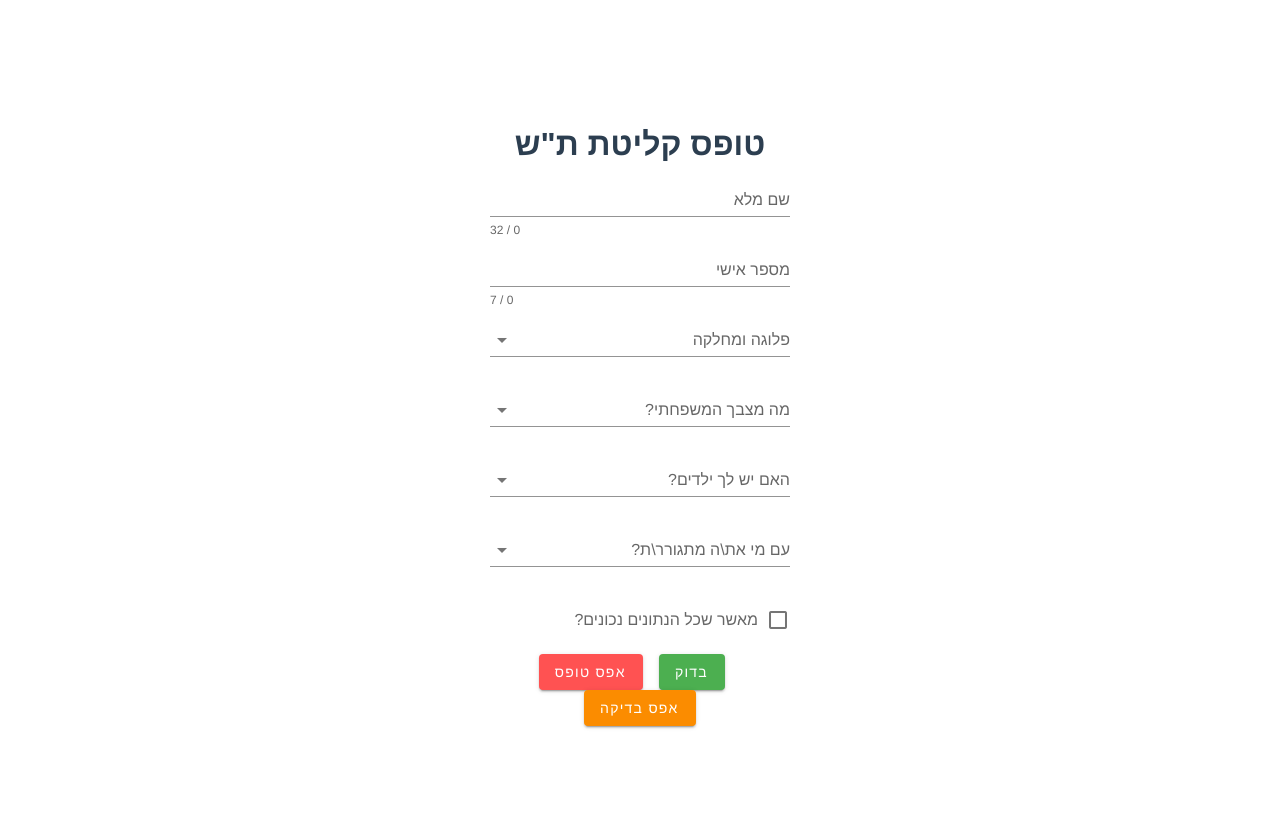
Repository: Natanhel/klitat-tash
Page: /
These files come from the project's save history. The page is drawn as it stood at one moment and after the next save; the edit follows.
The browser window is 1280 px wide. The pictures show the whole page.
The page's requests for data from a server got no answer. The project was rebuilt for these pictures with package versions that can differ from the ones it lists, and the page was loaded fresh each time. No one was signed in, and anything a server would have sent is missing. Also part of the build but not shown: vue.config.js.

Above is the page before, as saved 2020-12-01 17:10:08.

### src/App.vue
<template>
  <div id="app">
    <v-app>

      <h1>טופס קליטת ת"ש</h1>

      <v-form
        ref="form"
        v-model="valid"
        lazy-validation
      >
        <v-text-field
          v-model="name"
          :counter="32"
          :rules="nameRules"
          label="שם מלא"
          required
        ></v-text-field>

        <v-text-field
          v-model="pernr"
          :counter="7"
          :rules="pernrRules"
          label="מספר אישי"
          required
        ></v-text-field>

        <v-select
          v-model="select"
          :items="items"
          :rules="[v => !!v || 'נדרש להזין פלוגה ומחלקה']"
          label="פלוגה ומחלקה"
          required
        ></v-select>

        <v-select
          v-model="select"
          :items="familyItems"
          :rules="[v => !!v || 'נדרש להזין מצב משפחתי']"
          label="מה מצבך המשפחתי?"
          required
        ></v-select>

        <v-select
          v-model="select"
          :items="haveKidsItems"
          :rules="[v => !!v || 'נדרש להזין']"
          label="האם יש לך ילדים?"
          required
        ></v-select>

        <v-select
          v-model="select"
          :items="livingWithItems"
          :rules="[v => !!v || 'נדרש להזין']"
          label="עם מי את\ה מתגורר\ת?"
          required
        ></v-select>

        <v-checkbox
          v-model="checkbox"
          :rules="[v => !!v || 'עליך לאשר על מנת להמשיך!']"
          label="מאשר שכל הנתונים נכונים?"
          required
        ></v-checkbox>

        <v-btn
          :disabled="!valid"
          color="success"
          class="mr-4"
          @click="validate"
        >
          בדוק
        </v-btn>

        <v-btn
          color="error"
          class="mr-4"
          @click="reset"
        >
          אפס טופס
        </v-btn>

        <v-btn
          color="warning"
          @click="resetValidation"
        >
          אפס בדיקה
        </v-btn>
      </v-form>
    </v-app>
  </div>
</template>

<script>
import axios from 'axios';

export default {
  name: 'App',
  mounted(){
    // login
    const data = JSON.stringify({"password":"passward","email":"natanhelp@gmail.com"});

    const config = {
      method: 'post',
      url: 'https://nat-task-manager.herokuapp.com/users/login',
      headers: {
        'Content-Type': 'application/json'
      },
      data : data
    };

    axios(config)
      .then((response) => {
        console.log(JSON.stringify(response.data));
      })
      .catch((error) => {
        console.log(error);
      })
  },

  data: () => ({
    valid: true,
    name: '',
    nameRules: [
      v => !!v || 'נדרש להזין שם',
      v => !(v && v.length <= 4) || 'על השם להיות ארוך מ-4 תווים',
    ],
    pernr: '',
    pernrRules: [
      v => !!v || 'נדרש להזין מספר אישי',
      v => !(v.length !== 7) || 'על המספר להיות בדיוק 7 תווים'
    ],
    select: null,
    items: [
      'ו1',
      'ו2',
      'ו3',
      'ו4',
      'ו5',
    ],
    familyItems: [
      'רווק\\ה',
      'נשוי\\ה',
      'גרוש\\ה'
    ],
    haveKidsItems: [
      'כן', 'לא'
    ],
    livingWithItems: [
      'מתוגרר\\ת עם ההורים (אחד מהם לפחות)',
      'איני מתגורר\\ת עם ההורים'
    ],
    checkbox: false,
  }),
  methods: {
    validate () {
      this.$refs.form.validate()
    },
    reset () {
      this.$refs.form.reset()
    },
    resetValidation () {
      this.$refs.form.resetValidation()
    },
  },
}
</script>

<style>
#app {
  font-family: Avenir, Helvetica, Arial, sans-serif;
  -webkit-font-smoothing: antialiased;
  -moz-osx-font-smoothing: grayscale;
  text-align: center;
  color: #2c3e50;
  margin-top: 60px;
}

form
{
  width: 300px;
}

#app
{
  display: flex;
  align-items: center;
  justify-content: center;
}
</style>

### src/plugins/vuetify.js
import Vue from 'vue';
import Vuetify from 'vuetify/lib';

Vue.use(Vuetify);

export default new Vuetify({
    rtl: true,
});

Loaded but not shown: public/index.html (common file); src/main.js (common file)

After the next save:
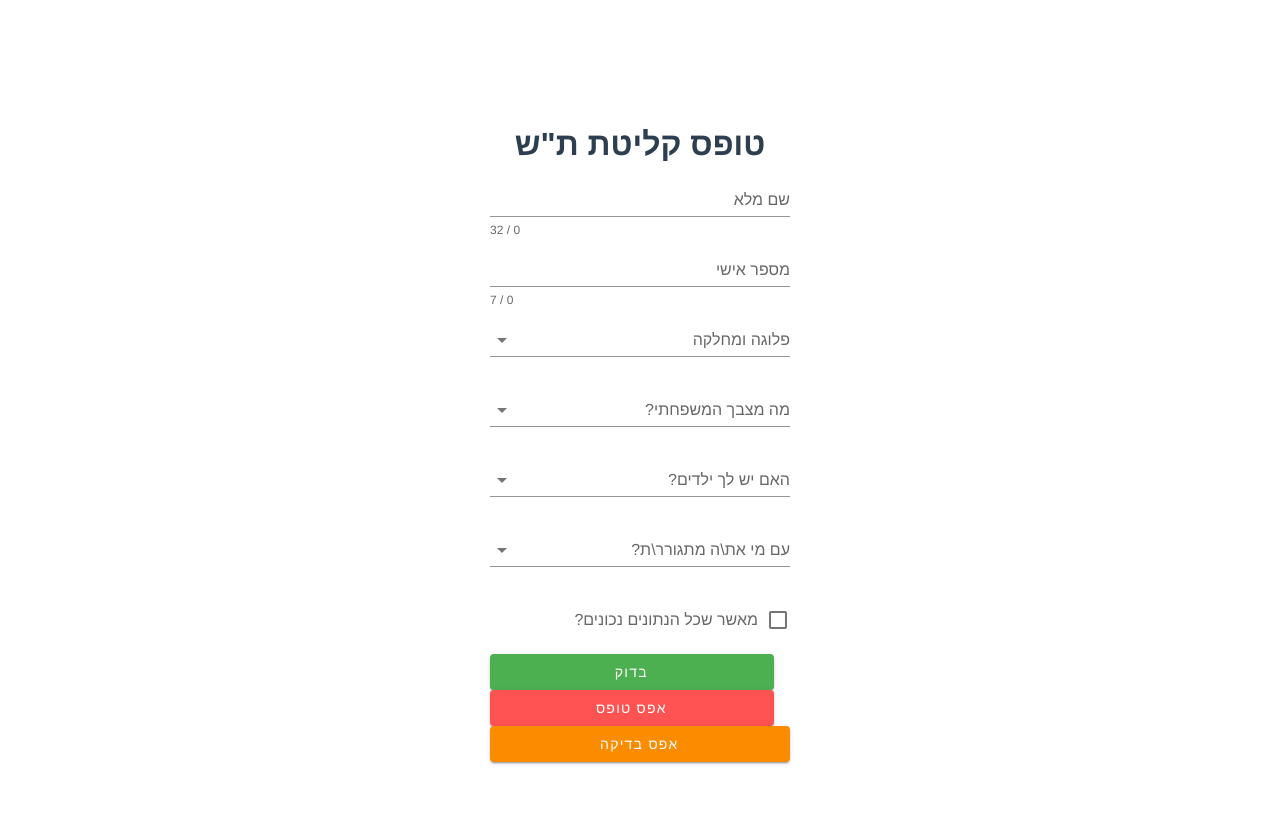
Saved 13 s later.
--- a/src/App.vue
+++ b/src/App.vue
@@ -64,6 +64,8 @@
           required
         ></v-checkbox>
 
+      </v-form>
+
         <v-btn
           :disabled="!valid"
           color="success"
@@ -87,7 +89,6 @@
         >
           אפס בדיקה
         </v-btn>
-      </v-form>
     </v-app>
   </div>
 </template>
